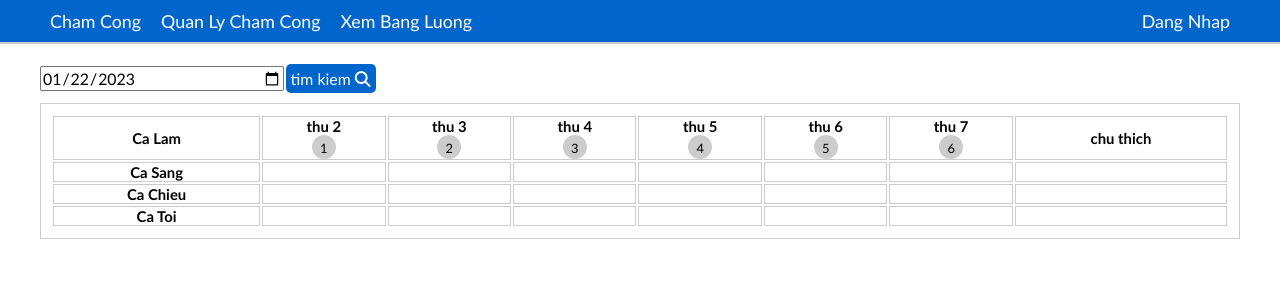
Repository: LDDUNG2003/a
Page: index.html
An editor plug-in stored every save of this project. The page is shown before and after the next save, followed by the edit.
The browser window is 1280 px wide. The pictures show the whole page.
Some web libraries are served in a nearby version.

Above is the page before, as saved 2023-10-14 21:02:13.

After the next save:
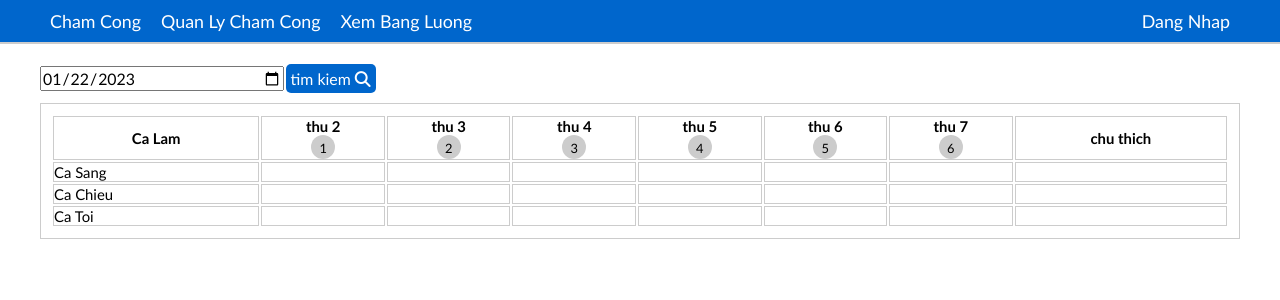
Saved 65 s later.
--- a/index.html
+++ b/index.html
@@ -79,34 +79,34 @@
                     <th class="table--item">chu thich</th>
                 </tr>
                 <tr class="table--row">
-                    <th class="table--item-impotain">Ca sang</th>
-                    <th class="table--item"></th>
-                    <th class="table--item"></th>
-                    <th class="table--item"></th>
-                    <th class="table--item"></th>
-                    <th class="table--item"></th>
-                    <th class="table--item"></th>
-                    <th class="table--item"></th>
+                    <td class="table--item-impotain">Ca sang</td>
+                    <td class="table--item"></td>
+                    <td class="table--item"></td>
+                    <td class="table--item"></td>
+                    <td class="table--item"></td>
+                    <td class="table--item"></td>
+                    <td class="table--item"></td>
+                    <td class="table--item"></td>
                 </tr>
                 <tr class="table--row">
-                    <th class="table--item-impotain">Ca chieu</th>
-                    <th class="table--item"></th>
-                    <th class="table--item"></th>
-                    <th class="table--item"></th>
-                    <th class="table--item"></th>
-                    <th class="table--item"></th>
-                    <th class="table--item"></th>
-                    <th class="table--item"></th>
+                    <td class="table--item-impotain">Ca chieu</td>
+                    <td class="table--item"></td>
+                    <td class="table--item"></td>
+                    <td class="table--item"></td>
+                    <td class="table--item"></td>
+                    <td class="table--item"></td>
+                    <td class="table--item"></td>
+                    <td class="table--item"></td>
                 </tr>
                 <tr class="table--row">
-                    <th class="table--item-impotain">Ca toi</th>
-                    <th class="table--item"></th>
-                    <th class="table--item"></th>
-                    <th class="table--item"></th>
-                    <th class="table--item"></th>
-                    <th class="table--item"></th>
-                    <th class="table--item"></th>
-                    <th class="table--item"></th>
+                    <td class="table--item-impotain">Ca toi</td>
+                    <td class="table--item"></td>
+                    <td class="table--item"></td>
+                    <td class="table--item"></td>
+                    <td class="table--item"></td>
+                    <td class="table--item"></td>
+                    <td class="table--item"></td>
+                    <td class="table--item"></td>
                 </tr>
             </table>
         </div>

After the save that followed:
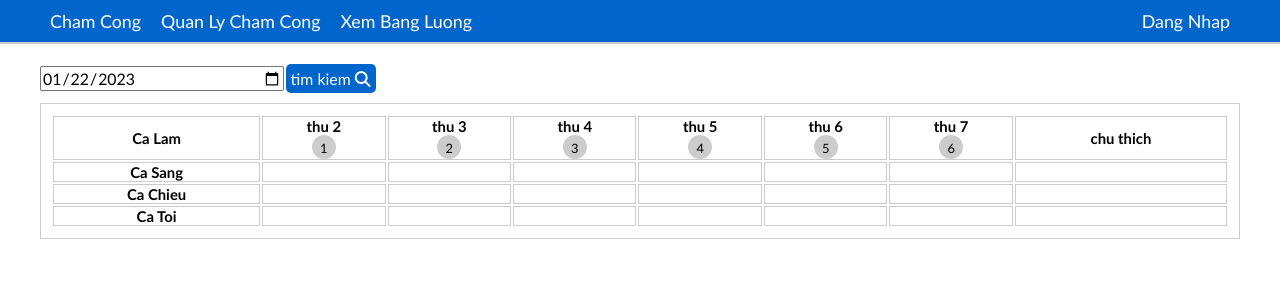
Saved 3 min 53 s later.
--- a/index.html
+++ b/index.html
@@ -79,7 +79,7 @@
                     <th class="table--item">chu thich</th>
                 </tr>
                 <tr class="table--row">
-                    <td class="table--item-impotain">Ca sang</td>
+                    <th class="table--item-impotain">Ca sang</th>
                     <td class="table--item"></td>
                     <td class="table--item"></td>
                     <td class="table--item"></td>
@@ -89,7 +89,7 @@
                     <td class="table--item"></td>
                 </tr>
                 <tr class="table--row">
-                    <td class="table--item-impotain">Ca chieu</td>
+                    <th class="table--item-impotain">Ca chieu</th>
                     <td class="table--item"></td>
                     <td class="table--item"></td>
                     <td class="table--item"></td>
@@ -99,7 +99,7 @@
                     <td class="table--item"></td>
                 </tr>
                 <tr class="table--row">
-                    <td class="table--item-impotain">Ca toi</td>
+                    <th class="table--item-impotain">Ca toi</th>
                     <td class="table--item"></td>
                     <td class="table--item"></td>
                     <td class="table--item"></td>
